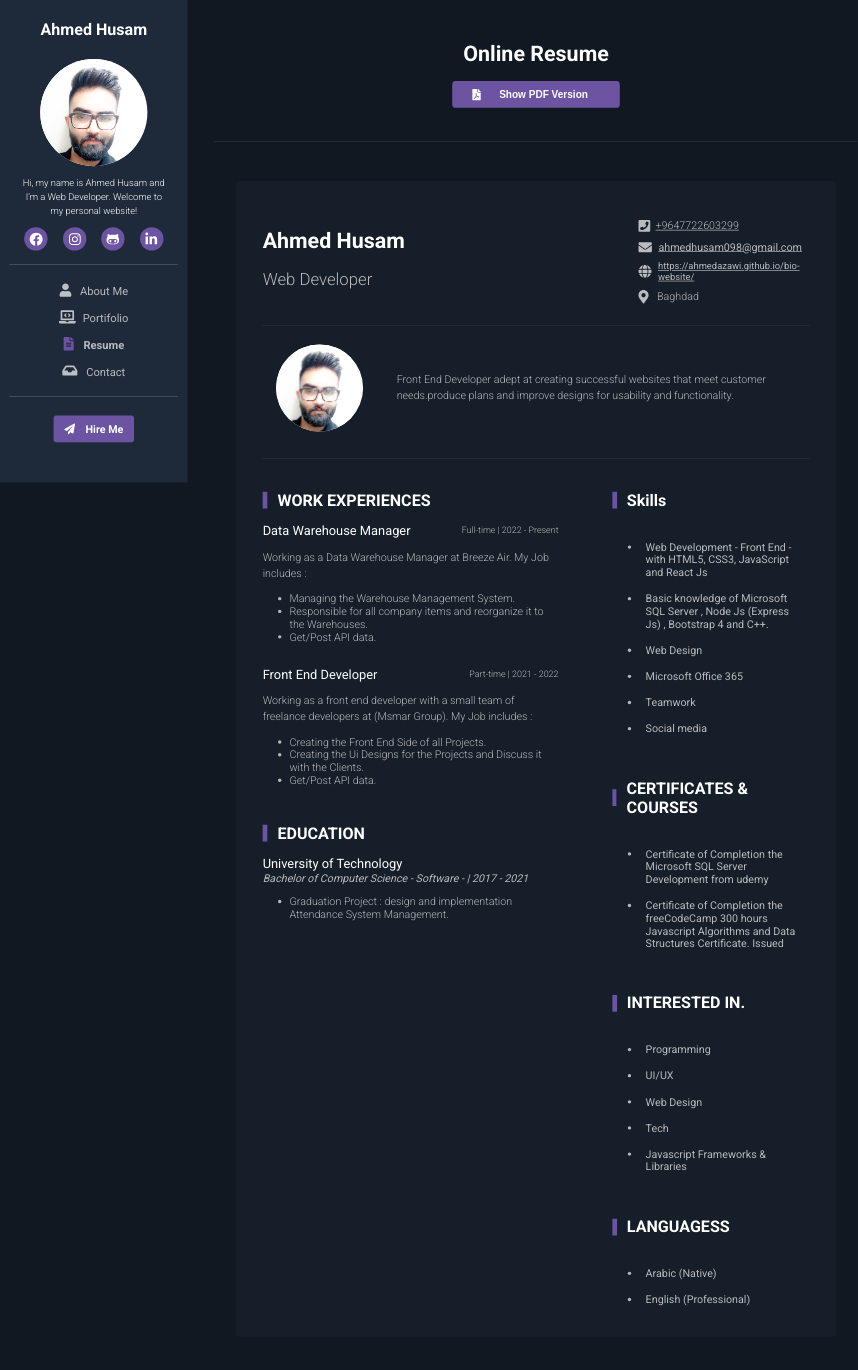
Repository: ahmedazawi/bio-website
Page: /bio-website/resume
The author's editor kept a copy of each file at every save. The page is drawn from the files as they stood at one save, then again after the next save.
The browser window is 1280 px wide. The pictures show the whole page, at 67% of full size.
The project was rebuilt for these pictures with package versions that can differ from the ones it lists, and the page was loaded fresh each time. Also part of the build but not shown: src/assets/css/routes-files/about-me.css, src/components/home/Head.js, src/assets/css/routes-files/cards.css, src/components/home/Card.js, src/components/home/Cards.js, src/components/home/PojectsCard.js, src/components/home/Projects.js, src/views/AboutMe.js and 2 more.

Above is the page before, as saved 2022-08-05 11:40:16.

After the next save:
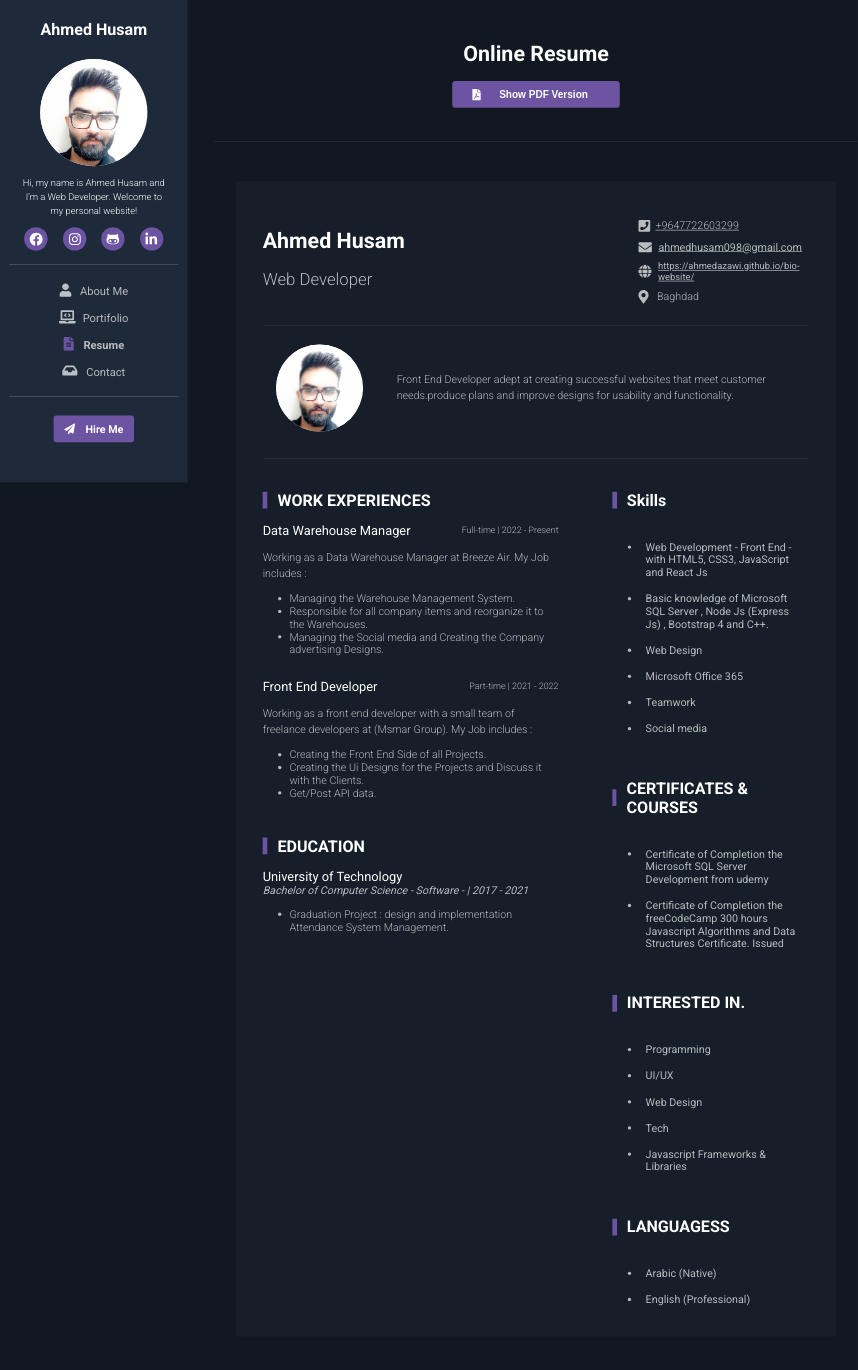
Saved 10 s later.
--- a/src/views/Resume.js
+++ b/src/views/Resume.js
@@ -168,7 +168,10 @@ const Resume = () => {
                   Responsible for all company items and reorganize it to the
                   Warehouses.
                 </li>
-                <li>Get/Post API data.</li>
+                <li>
+                  Managing the Social media and Creating the Company advertising
+                  Designs.
+                </li>
               </ul>
             </div>
             <br />
